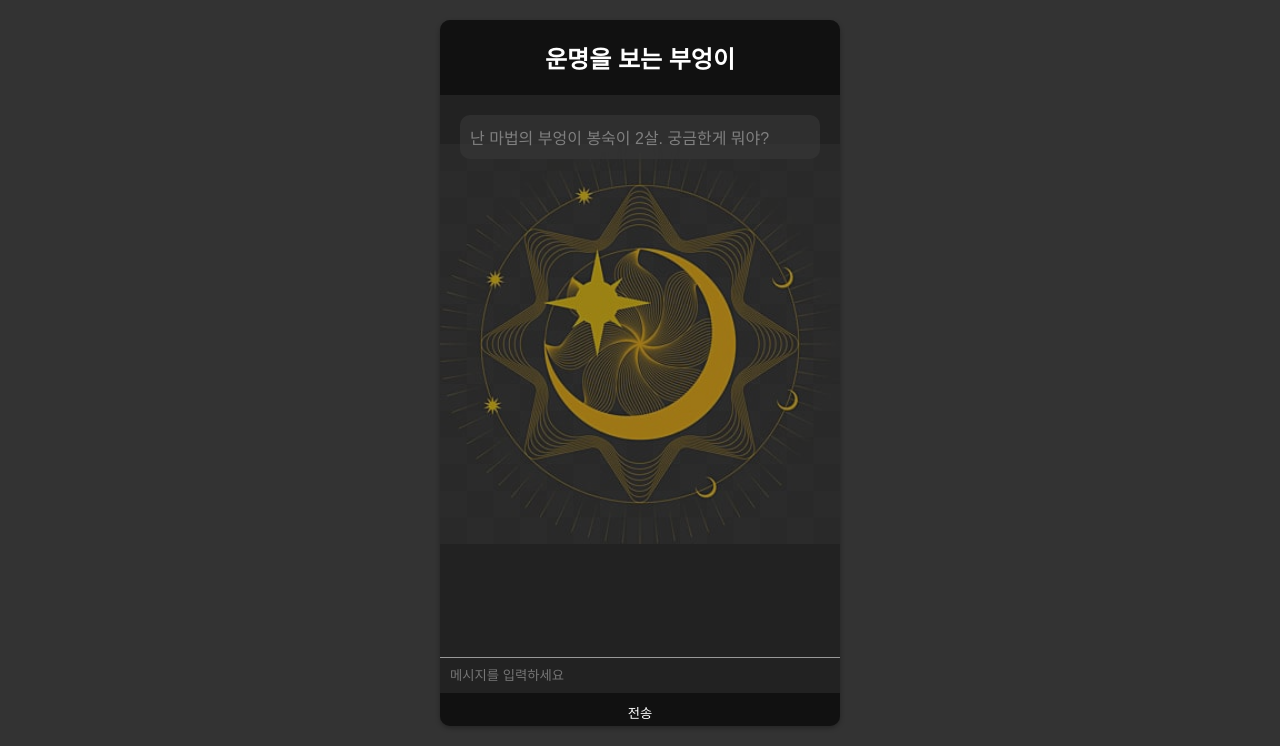
Repository: MYOUNGJOO-KIM/taro
Page: frontend/index.html
These files come from the project's save history. The page is drawn as it stood at one moment and after the next save; the edit follows.
The browser window is 1280 px wide. The pictures show the whole page.

Above is the page before, as saved 2023-07-10 22:31:22.

After the next save:
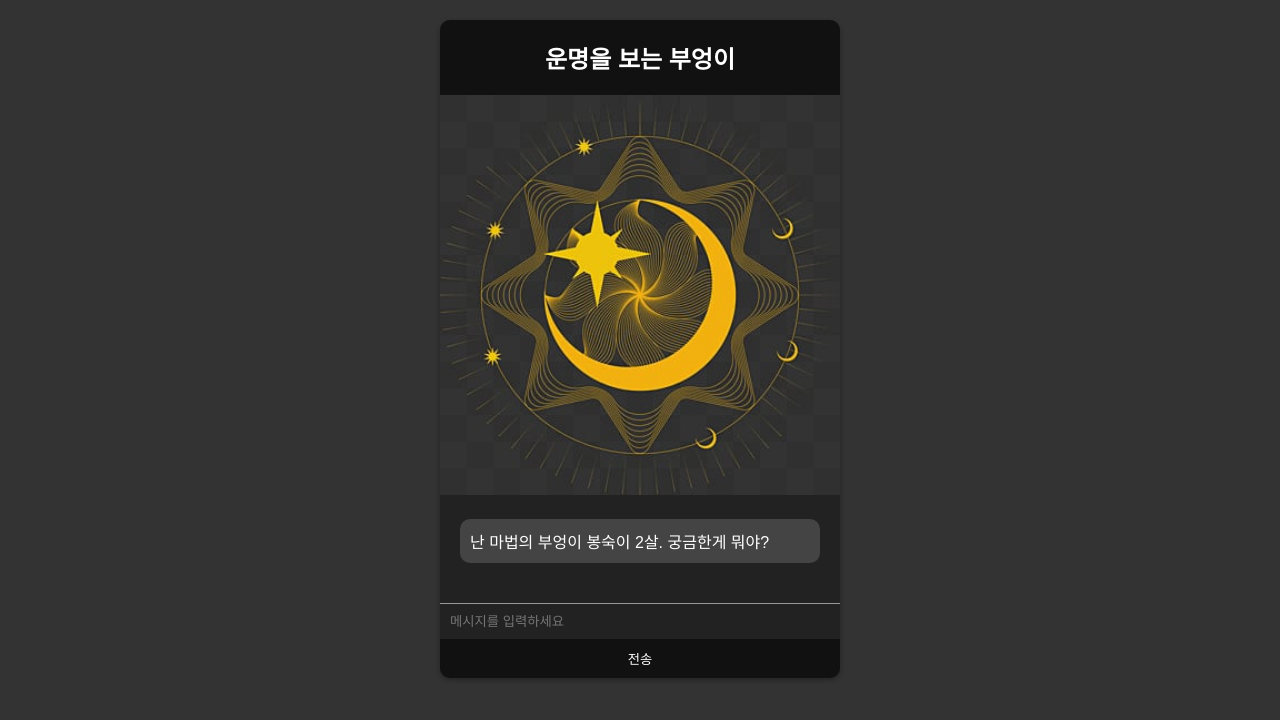
Saved 4 min 24 s later.
--- a/frontend/index.html
+++ b/frontend/index.html
@@ -23,7 +23,6 @@
             border-radius: 10px;
             box-shadow: 0 2px 5px rgba(0, 0, 0, 0.3);
             overflow: hidden;
-            height: 98vh;
         }
 
         .chat-header {
@@ -40,11 +39,8 @@
 
         .chat-body {
             padding: 20px;
+            max-height: 300px;
             overflow-y: auto;
-            height: 74%;
-            background: url('./asset/images/bg_small.jpg') no-repeat center 30%;
-            background-size: 100%;
-            opacity: 0.6;
         }
 
         .chat-message {
@@ -55,12 +51,10 @@
 
         .chat-message.bot {
             background-color: #444;
-            opacity: 0.7;
         }
 
         .chat-message.user {
             background-color: #666;
-            opacity: 0.8;
         }
 
         .chat-input {
@@ -88,7 +82,7 @@
             <h2>운명을 보는 부엉이</h2>
         </div>
         <div>
-            <!-- <img src="./asset/images/bg_small.jpg"> -->
+            <img src="./asset/images/bg_small.jpg">
         </div>
         <div class="chat-body" id="chatBody"></div>
         <input type="text" class="chat-input" id="messageInput" placeholder="메시지를 입력하세요" onkeydown="handleKeyDown(event)">
